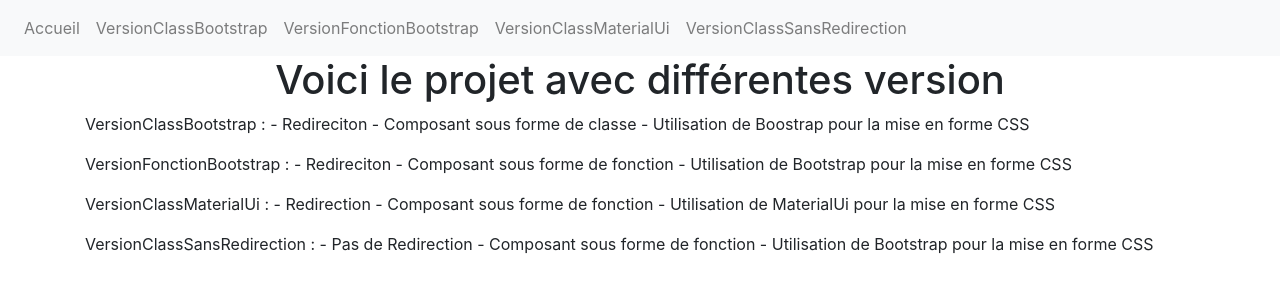
Repository: LudovicB21/CountryTest
Page: /
These files come from the project's save history. The page is drawn as it stood at one moment and after the next save; the edit follows.
The browser window is 1280 px wide. The pictures show the whole page.
The project was rebuilt for these pictures with package versions that can differ from the ones it lists, and the page was loaded fresh each time. Also part of the build but not shown: src/components/VersionClassBootstrap/ListPays.components.js, src/components/VersionClassMaterialUi/ListPays.components.js, src/components/VersionFonctionBoostrap/ListPays.components.js, src/components/VersionSansRedirection/ListPays.component.js, src/components/VersionClassBootstrap/InfoPays.components.js, src/components/VersionClassMaterialUi/InfoPays.components.js, src/components/VersionFonctionBoostrap/InfoPays.components.js.

Above is the page before, as saved 2020-10-29 12:18:24.

### public/index.html
<!DOCTYPE html>
<html lang="en">
  <head>
    <meta charset="utf-8" />
    <link rel="icon" href="%PUBLIC_URL%/favicon.ico" />
    <link rel="stylesheet" href="https://cdn.jsdelivr.net/npm/bootstrap@4.5.3/dist/css/bootstrap.min.css" integrity="sha384-TX8t27EcRE3e/ihU7zmQxVncDAy5uIKz4rEkgIXeMed4M0jlfIDPvg6uqKI2xXr2" crossorigin="anonymous">
    <meta name="viewport" content="width=device-width, initial-scale=1" />
    <meta name="theme-color" content="#000000" />
    <meta
      name="description"
      content="Web site created using create-react-app"
    />
    <link rel="apple-touch-icon" href="%PUBLIC_URL%/logo192.png" />
    <!--
      manifest.json provides metadata used when your web app is installed on a
      user's mobile device or desktop. See https://developers.google.com/web/fundamentals/web-app-manifest/
    -->
    <link rel="manifest" href="%PUBLIC_URL%/manifest.json" />
    <link
      rel="stylesheet"
      href="https://maxcdn.bootstrapcdn.com/bootstrap/4.5.0/css/bootstrap.min.css"
      integrity="sha384-9aIt2nRpC12Uk9gS9baDl411NQApFmC26EwAOH8WgZl5MYYxFfc+NcPb1dKGj7Sk"
      crossorigin="anonymous"
    />
    <link rel="stylesheet" href="https://cdn.jsdelivr.net/npm/bootstrap@4.5.3/dist/css/bootstrap.min.css" integrity="sha384-TX8t27EcRE3e/ihU7zmQxVncDAy5uIKz4rEkgIXeMed4M0jlfIDPvg6uqKI2xXr2" crossorigin="anonymous">

    <!--
      Notice the use of %PUBLIC_URL% in the tags above.
      It will be replaced with the URL of the `public` folder during the build.
      Only files inside the `public` folder can be referenced from the HTML.

      Unlike "/favicon.ico" or "favicon.ico", "%PUBLIC_URL%/favicon.ico" will
      work correctly both with client-side routing and a non-root public URL.
      Learn how to configure a non-root public URL by running `npm run build`.
    -->
    <title>React App</title>
  </head>
  <body>
    <noscript>You need to enable JavaScript to run this app.</noscript>
    <div id="root"></div>
    <!--
      This HTML file is a template.
      If you open it directly in the browser, you will see an empty page.

      You can add webfonts, meta tags, or analytics to this file.
      The build step will place the bundled scripts into the <body> tag.

      To begin the development, run `npm start` or `yarn start`.
      To create a production bundle, use `npm run build` or `yarn build`.
    -->
  </body>
</html>

### src/App.js
import React from 'react';
import './App.css';
import ListPays from "./components/VersionClassBootstrap/ListPays.components"
import ListPaysMaterial from "./components/VersionClassMaterialUi/ListPays.components"
import ListPaysFonction from "./components/VersionFonctionBoostrap/ListPays.components"
import ListPaysSansRedirection from "./components/VersionSansRedirection/ListPays.component"
import Accueil from "./components/Accueil"
import { BrowserRouter as Router, Route, Switch} from 'react-router-dom'
import InfoPays from "./components/VersionClassBootstrap/InfoPays.components"
import InfosPaysMaterial from "./components/VersionClassMaterialUi/InfoPays.components"
import InfoPaysFonction from "./components/VersionFonctionBoostrap/InfoPays.components"
import Nav from "./components/Navigation"
function App() {
  return (
    <div className="App">
        <Router>
          <Nav />
          <Switch>
            <Route path="/"  exact component={Accueil} />
            <Route path="/VersionClassBootstrap" exact component={ListPays} />
            <Route path="/VersionFonctionBoostrap" exact component={ListPaysFonction} />
            <Route path="/VersionClassMaterialUi" exact component={ListPaysMaterial} />
            <Route path="/VersionSansRedirection" exact component={ListPaysSansRedirection} />
            <Route path="/VersionClassMaterialUi/:id" component={InfosPaysMaterial} />
            <Route path="/VersionClassBootstrap/:id"  component={InfoPays }/>
            <Route path="/VersionFonctionBoostrap/:id" component={InfoPaysFonction} />
          </Switch>
        </Router>
    </div>
  );
}

export default App;

### src/components/Accueil.js
import React, { Component } from 'react'

class Accueil extends Component {
    render() {
        return (
            <div className="container">
                <h1> Voici le projet avec différentes version  </h1>
                <div style={{textAlign: "left"}}>
                    <p> VersionClassBootstrap :{"\n"}
                        - Redireciton
                        - Composant sous forme de classe
                        - Utilisation de Boostrap pour la mise en forme CSS
                    </p>
                    <p> VersionFonctionBootstrap :{"\n"}
                        - Redireciton
                        - Composant sous forme de fonction
                        - Utilisation de Bootstrap pour la mise en forme CSS
                    </p>
                    <p> VersionClassMaterialUi :{"\n"}
                        - Redirection
                        - Composant sous forme de fonction
                        - Utilisation de MaterialUi pour la mise en forme CSS
                    </p>
                    <p> VersionClassSansRedirection :{"\n"}
                        - Pas de Redirection
                        - Composant sous forme de fonction
                        - Utilisation de Bootstrap pour la mise en forme CSS
                    </p>
                </div>
            </div>
        )
    }
}

export default Accueil

### src/components/Navigation.js
import React, { Component } from 'react';
import { Link } from 'react-router-dom';

class Navigation extends Component {
    render() {
        return (
            <nav className="navbar navbar-expand-lg navbar-light bg-light">
            <button className="navbar-toggler" type="button" data-toggle="collapse" data-target="#navbarNav" aria-controls="navbarNav" aria-expanded="false" aria-label="Toggle navigation">
                <span className="navbar-toggler-icon"></span>
            </button>
            <div className="collapse navbar-collapse" id="navbarNav">
                <ul className="navbar-nav">
                    <Link to="/">
                        <li className="nav-item">
                            <a className="nav-link">Accueil</a>
                        </li>
                    </Link>
                    <Link to="/VersionClassBootstrap">
                        <li className="nav-item">
                            <a className="nav-link">VersionClassBootstrap</a>
                        </li>
                    </Link>
                    <Link to="/VersionFonctionBoostrap">
                        <li className="nav-item">
                            <a className="nav-link">VersionFonctionBootstrap</a>
                        </li>
                    </Link>
                    <Link to="/VersionClassMaterialUi">
                        <li className="nav-item">
                            <a className="nav-link">VersionClassMaterialUi</a>
                        </li>
                    </Link>
                    <Link to="/VersionSansRedirection">
                        <li className="nav-item">
                            <a className="nav-link">VersionClassSansRedirection</a>
                        </li>
                    </Link>
                </ul>
            </div>
            </nav>
        )
    }
}

export default Navigation

Loaded but not shown: src/index.js (common file); src/index.css (common file); src/serviceWorker.js (common file); src/App.css (common file)

After the next save:
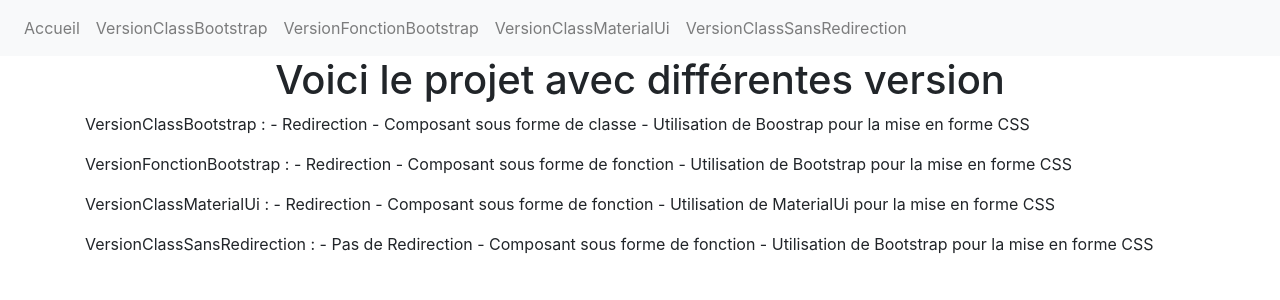
Saved 17 s later.
--- a/src/components/Accueil.js
+++ b/src/components/Accueil.js
@@ -7,12 +7,12 @@ class Accueil extends Component {
                 <h1> Voici le projet avec différentes version  </h1>
                 <div style={{textAlign: "left"}}>
                     <p> VersionClassBootstrap :{"\n"}
-                        - Redireciton
+                        - Redirection
                         - Composant sous forme de classe
                         - Utilisation de Boostrap pour la mise en forme CSS
                     </p>
                     <p> VersionFonctionBootstrap :{"\n"}
-                        - Redireciton
+                        - Redirection
                         - Composant sous forme de fonction
                         - Utilisation de Bootstrap pour la mise en forme CSS
                     </p>
